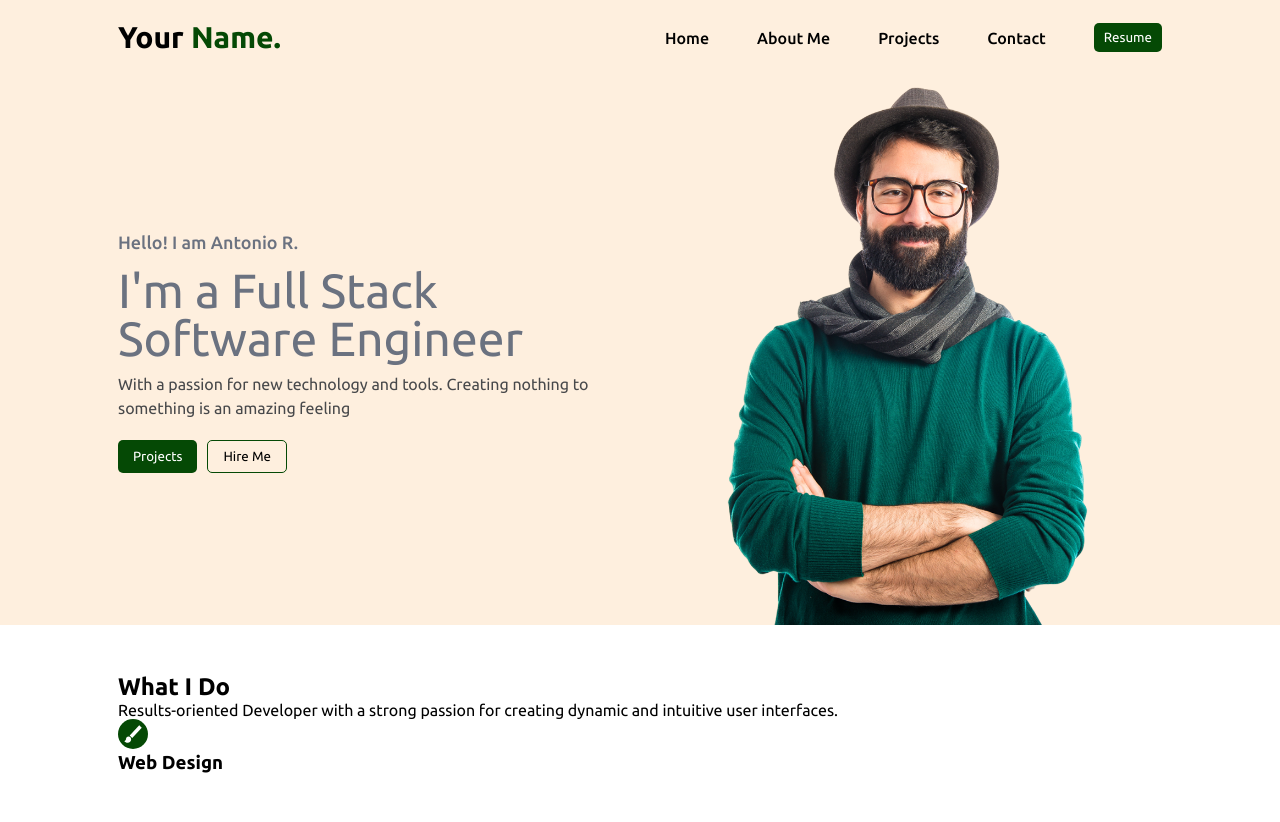
Repository: DevAntonioRogers/vanilla-portfolio
Page: index.html
An editor plug-in stored every save of this project. The page is shown before and after the next save, followed by the edit.
The browser window is 1280 px wide. The pictures show the whole page.

Above is the page before, as saved 2023-07-14 22:45:50.

### index.html
<!DOCTYPE html>
<html lang="en">
  <head>
    <meta charset="UTF-8" />
    <meta name="viewport" content="width=device-width, initial-scale=1.0" />
    <link rel="stylesheet" href="style.css" />
    <script type="module" src="https://unpkg.com/ionicons@7.1.0/dist/ionicons/ionicons.esm.js"></script>
    <script nomodule src="https://unpkg.com/ionicons@7.1.0/dist/ionicons/ionicons.js"></script>
    <title>Antonio Rogers</title>
  </head>
  <body>
    <nav>
      <div class="container navbar">
        <a href="/" aria-label="Home">
          <h1>Your <span>Name.</span></h1></a
        >
        <ul>
          <li>
            <a href="/" aria-label="Home">Home</a>
          </li>
          <li>
            <a href="/" aria-label="About Me">About Me</a>
          </li>
          <li>
            <a href="/" aria-label="Projects">Projects</a>
          </li>
          <li>
            <a href="/" aria-label="Contact">Contact</a>
          </li>
          <li>
            <a href="/resume.pdf" download aria-label="Download Resume">
              <button class="navbar-button">Resume</button>
            </a>
          </li>
        </ul>
      </div>
    </nav>

    <section class="hero">
      <div class="container hero-container">
        <div class="hero-info">
          <h4>Hello! I am Antonio R.</h4>
          <h1>I'm a Full Stack Software Engineer</h1>
          <p>With a passion for new technology and tools. Creating nothing to something is an amazing feeling</p>

          <div class="hero-btn-container">
            <button>Projects</button>
            <button>Hire Me</button>
          </div>
        </div>

        <div class="hero-image-container">
          <img src="hero.png" alt="" />
        </div>
      </div>
    </section>

    <section class="skills">
      <div class="container skills-container">
        <div class="skills-heading">
          <h2>What I Do</h2>
          <p>
            Results-oriented Developer with a strong passion for creating dynamic and
            <span>intuitive user interfaces</span>.
          </p>
        </div>

        <div>
          <div>
            <ion-icon name="brush-sharp"></ion-icon>
            <h3>Web Design</h3>
          </div>
        </div>
      </div>
    </section>
  </body>
</html>

### style.css
@import url("https://fonts.googleapis.com/css2?family=Ubuntu:wght@300;400;500;700&display=swap");

* {
  box-sizing: border-box;
  padding: 0;
  margin: 0;
  font-family: "Ubuntu", sans-serif;
}

a {
  text-decoration: none;
  color: inherit;
}

li {
  list-style: none;
}

.container {
  width: 89%;
  margin: auto;
  max-width: 1044px;
}

ion-icon {
  background-color: rgb(5, 73, 5);
  padding: 5px;
  font-size: 20px;
  color: white;
  border-radius: 50px;
}

/* NAVBAR STYLING */

nav {
  background: #feefde;
  padding: 20px 0;
}

.navbar {
  display: flex;
  justify-content: space-between;
  align-items: center;
}

.navbar h1 {
  font-size: 30px;
  font-weight: 700;
}

.navbar span {
  color: rgb(5, 73, 5);
}

.navbar ul {
  display: flex;
  align-items: center;
  gap: 3rem;
}

.navbar ul li {
  font-weight: 500;
}

.navbar-button {
  background-color: rgb(5, 73, 5);
  padding: 7px 10px;
  border-radius: 5px;
  color: white;
  border: none;
}

/* HERO STYLES */

.hero {
  background-color: #feefde;
}

.hero-container {
  display: grid;
  grid-template-columns: repeat(2, minmax(0, 1fr));
  align-items: center;
  gap: 1.5rem;
}

.hero-image-container {
  display: flex;
  justify-content: center;
  align-items: center;
}

.hero-info h4 {
  font-size: 1.12rem;
  line-height: 1.75rem;
  color: #6b7280;
  font-weight: 500;
  margin-bottom: 10px;
}

.hero-info h1 {
  font-size: 3rem;
  line-height: 1;
  color: #6b7280;
  font-weight: 400;
  margin-bottom: 10px;
}

.hero-info p {
  font-size: 1rem;
  line-height: 1.5rem;
  font-weight: 400;
  color: #48494b;
}

.hero-btn-container {
  margin-top: 20px;
  display: flex;
  gap: 10px;
}
.hero-btn-container button:nth-child(1) {
  background-color: rgb(5, 73, 5);
  color: white;
  border: none;
  padding: 8px 15px;
  border-radius: 5px;
}

.hero-btn-container button:nth-child(2) {
  background-color: transparent;
  padding: 8px 15px;
  border-radius: 5px;
  border: solid 1px rgb(5, 73, 5);
}

.hero-container img {
  height: 550px;
  position: relative;
}

/* Skills Styles */

.skills {
  padding: 3rem 0;
}

After the next save:
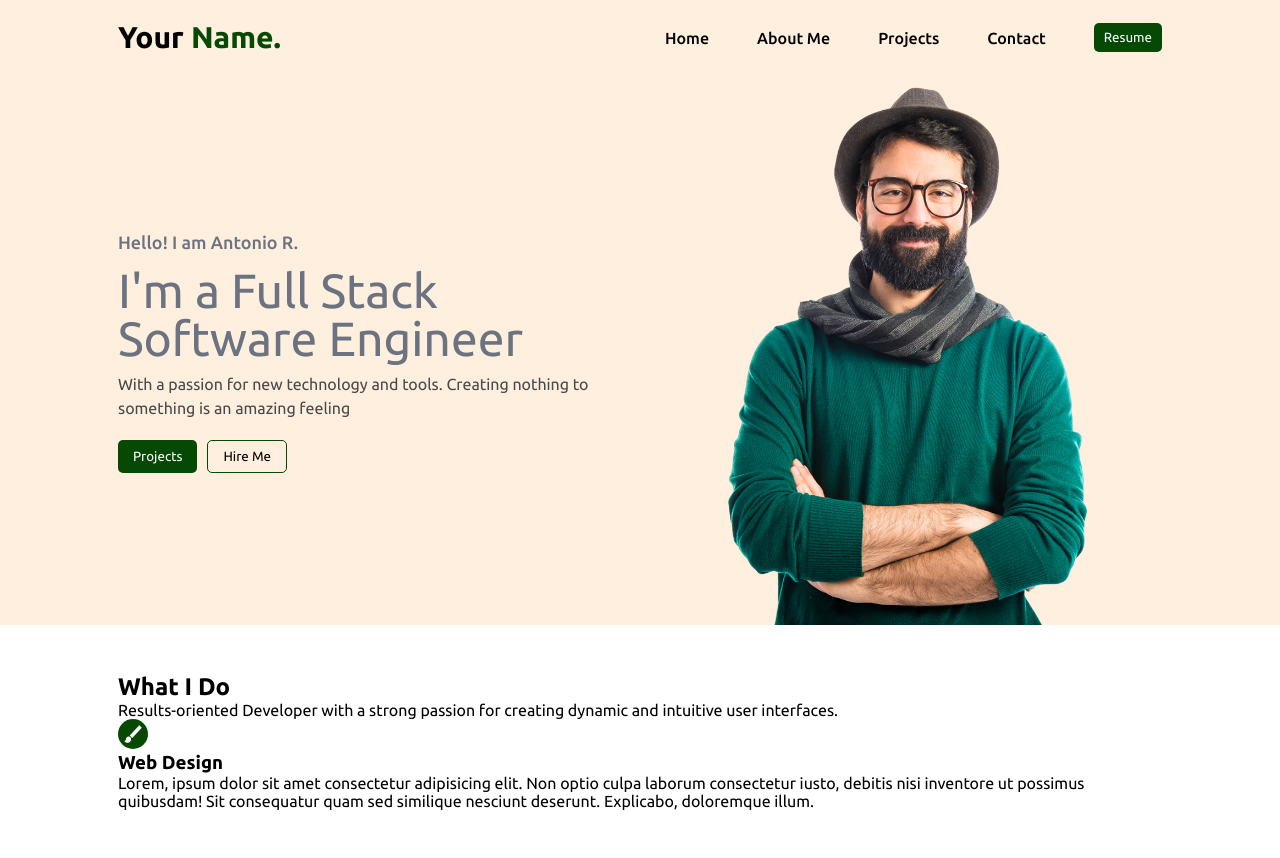
Saved 14 s later.
--- a/index.html
+++ b/index.html
@@ -69,6 +69,11 @@
           <div>
             <ion-icon name="brush-sharp"></ion-icon>
             <h3>Web Design</h3>
+            <p>
+              Lorem, ipsum dolor sit amet consectetur adipisicing elit. Non optio culpa laborum consectetur iusto,
+              debitis nisi inventore ut possimus quibusdam! Sit consequatur quam sed similique nesciunt deserunt.
+              Explicabo, doloremque illum.
+            </p>
           </div>
         </div>
       </div>
